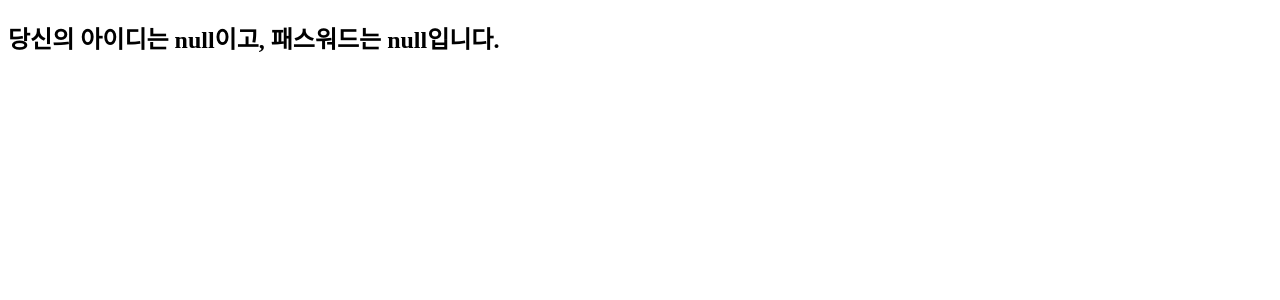
Repository: ohseung-web/OTjsp2026
Page: http://localhost/chapter/RequestloginProc.jsp
The author's editor kept a copy of each file at every save. The page is drawn from the files as they stood at one save, then again after the next save.
The browser window is 1280 px wide. The pictures show the whole page.
The page is served by Tomcat 9.

Above is the page before, as saved 2026-10-17 06:53:53.

After the next save:
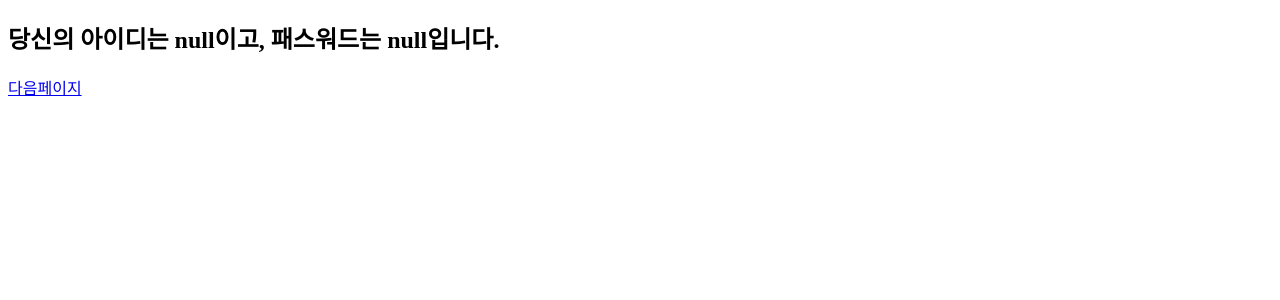
Saved 2 min 7 s later.
--- a/chapter/src/main/webapp/RequestloginProc.jsp
+++ b/chapter/src/main/webapp/RequestloginProc.jsp
@@ -10,6 +10,8 @@
 	<!-- Reauestlogin에서 넘어온 아이디와 패스워드를 읽어드림 -->
 	<!-- 정보를 읽어들이는 방법 2가지
 	     1) Request 내장객체를 이용한다., Request는 자바코드이므로 스크립트릿을 이용한다.
+	     2) 단, Request의 범위는 Requestlogin.jsp에서 action으로 넘겨주었던 RequestloginProc.jsp
+	        까지이다. 아래 a태그의 RequestForword.jsp는 자료를 넘겨줄수 없다.
 	 -->
 	 <%
 	 	// 사용자의 정보가 저장되어있는 객체 request의 getParameter()를 이용하여 사용자의 정보를 추출
@@ -18,5 +20,6 @@
 	 	String pass = request.getParameter("pass"); //사용장의 pass값을 읽어들여서 변수 pass에 저장하시오.
 	 %>
 	 <h2>당신의 아이디는 <%= id %>이고, 패스워드는 <%= pass %>입니다.</h2>
+	 <a href="RequestForword.jsp">다음페이지</a>
 </body>
 </html>
